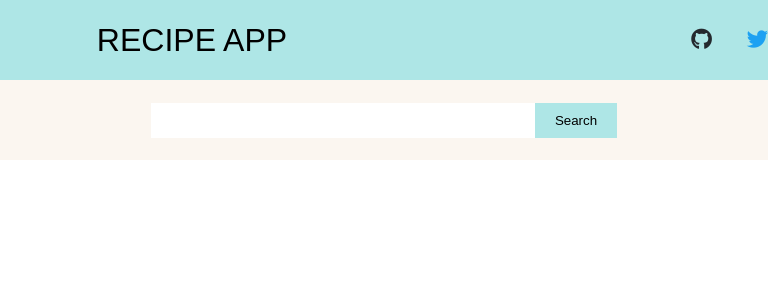
Repository: nilesjamex/recipe-app
Page: /
These files come from the project's save history. The page is drawn as it stood at one moment and after the next save; the edit follows.
The browser window is 768 px wide. The pictures show the whole page.
The page's requests for data from a server got no answer. The project was rebuilt for these pictures with package versions that can differ from the ones it lists, and the page was loaded fresh each time. No one was signed in, and anything a server would have sent is missing. Also part of the build but not shown: src/components/Recipe.js.

Above is the page before, as saved 2020-11-30 12:32:40.

### public/index.html
<!DOCTYPE html>
<html lang="en">
  <head>
    <meta charset="utf-8" />
    <link rel="icon" href="%PUBLIC_URL%/favicon.ico" />
    <link rel="stylesheet" href="https://use.fontawesome.com/releases/v5.15.1/css/all.css" integrity="sha384-vp86vTRFVJgpjF9jiIGPEEqYqlDwgyBgEF109VFjmqGmIY/Y4HV4d3Gp2irVfcrp" crossorigin="anonymous">
    <meta name="viewport" content="width=device-width, initial-scale=1" />
    <meta name="theme-color" content="#000000" />
    <meta
      name="description"
      content="A Recipe App for searching food recipe contents"
    />
    <link rel="apple-touch-icon" href="%PUBLIC_URL%/logo192.png" />
    <!--
      manifest.json provides metadata used when your web app is installed on a
      user's mobile device or desktop. See https://developers.google.com/web/fundamentals/web-app-manifest/
    -->
    <link rel="manifest" href="%PUBLIC_URL%/manifest.json" />
    <!--
      Notice the use of %PUBLIC_URL% in the tags above.
      It will be replaced with the URL of the `public` folder during the build.
      Only files inside the `public` folder can be referenced from the HTML.

      Unlike "/favicon.ico" or "favicon.ico", "%PUBLIC_URL%/favicon.ico" will
      work correctly both with client-side routing and a non-root public URL.
      Learn how to configure a non-root public URL by running `npm run build`.
    -->
    <title>Recipe App</title>
  </head>
  <body>
    <noscript>You need to enable JavaScript to run this app.</noscript>
    <div id="root"></div>
    <!--
      This HTML file is a template.
      If you open it directly in the browser, you will see an empty page.

      You can add webfonts, meta tags, or analytics to this file.
      The build step will place the bundled scripts into the <body> tag.

      To begin the development, run `npm start` or `yarn start`.
      To create a production bundle, use `npm run build` or `yarn build`.
    -->
  </body>
</html>

### src/App.js
import React, {useEffect, useState} from 'react';
import Recipe from './components/Recipe'
import Nav from './components/Nav'
import './App.css';

const App = () => {

  // const APP_ID = '1ba037a8';
  // const APP_KEY = '6b127dd3105d2cbc085e9845219991e3';

  const [ recipes, setRecipes] = useState([]);
  const [ search, setSearch ] = useState('');
  const [ query, setQuery ] = useState('chicken')


  useEffect( () => {
    getRecipes();
  }, [query]);


  const cors = "https://cors-anywhere.herokuapp.com/"

  const getRecipes = async () => {
    const response = await fetch(`${cors}https://api.edamam.com/search?q=${query}&app_id=${process.env.REACT_APP_APP_ID}&app_key=${process.env.REACT_APP_APP_KEY}`);
    const data = await response.json();
    setRecipes(data.hits);
  };

  const updateSearch = e => {
    setSearch(e.target.value);
  };

  const getSearch = e => {
    e.preventDefault();
    setQuery(search);
    setSearch('');
  }



return(
  <div className='App'>
    <Nav />
  <form onSubmit={getSearch} className="search-form">
    <input className="search-bar" type="text" value={search} onChange={updateSearch}/>
    <button className="search-button" type="submit">Search</button>
  </form>
  <div className="recipes">
  {recipes.map(recipe => (
   <Recipe
   key={recipe.recipe.label}
   title={recipe.recipe.label}
    calories={recipe.recipe.calories}
   image={recipe.recipe.image}
   ingredients={recipe.recipe.ingredients}
   />
  ))}
  </div>
  </div>
);
}

export default App;

### src/components/Nav.js
import React from 'react';

const Nav = () => {
return (
<nav className="nav">
      <div className="nav-text">
          RECIPE APP
      </div>
      <ul className="ul">
          <li className="li">
            <a className="a" href="https://github.com/nilesjamex/githubprofilefinder"><i className="fab fa-lg fa-github" style={{color: "#24292E"}}></i> </a>
          </li>
          <li className="li">
              <a className="a" href="https://twitter.com/niles_jamex"><i className="fab fa-lg fa-twitter" style={{color: "#1DA1F2"}}></i></a>
          </li>
      </ul>

  </nav>

)

}

export default Nav;

### src/App.css
*{
  margin: 0;
  padding: 0;
  box-sizing: border-box;
}
.App {
  text-align: center;
  min-height: 10vh;
  background-color: #fbf6f0;
}

.search-form{
  min-height: 10vh;
  display: flex;
  justify-content: center;
  align-items: center;
  background-color: #fbf6f0;
}

.search-bar{
  width: 50%;
  border: none;
  padding: 10px;
}

.search-button{
  background: #aee6e6;
  border: none;
  padding: 10px 20px;
  color: black;
}

.recipes{
  display: flex;
  justify-content: space-around;
  flex-wrap: wrap;
}

.recipe{
  border-radius: 10px;
  box-shadow: 0px 5px 20px #fbf6f0;
  margin-top: 1 0px;
  display: flex;
  flex-direction: column;
  justify-content: space-around;
  background: #fbf6f0;
  align-items: center;
  width: 80%;
}

/* NAV */

.nav{
  min-height: 10vh;
  background-color: #aee6e6;
  display: flex;
  justify-content: space-between;
  align-items: center;
}
.a{
  text-decoration: none;
  color: white;
}
.ul{
  display: flex;
  justify-content: space-between;
  width: 10%;
}
.li{
  list-style: none;
}
.nav-text{
  font-family: 'Anton', sans-serif;
  pointer-events: none;
  font-size: 2rem;
}

@media screen and (max-width: 999px){
  .nav-text{
    font-size: 2rem;
    width: 50%;
  }
  ul{
    width: 25%;
  }
}

Loaded but not shown: src/index.js (common file); src/index.css (common file); src/reportWebVitals.js (common file)

After the next save:
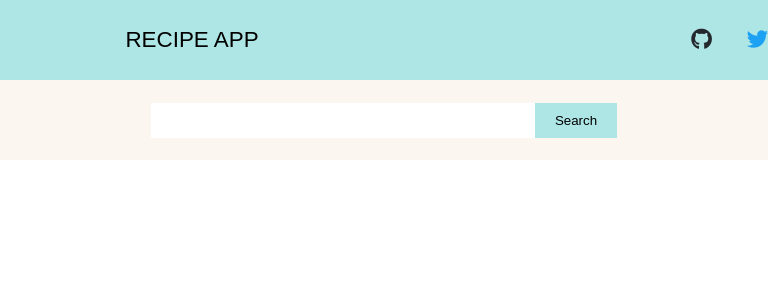
Saved 19 s later.
--- a/src/App.css
+++ b/src/App.css
@@ -77,7 +77,7 @@
 
 @media screen and (max-width: 999px){
   .nav-text{
-    font-size: 2rem;
+    font-size: 1.4rem;
     width: 50%;
   }
   ul{
